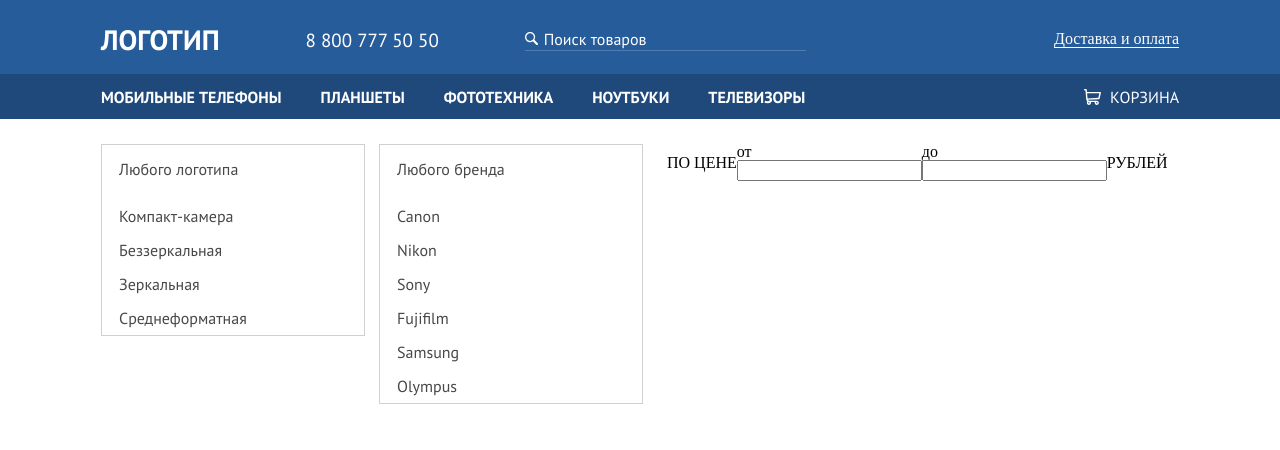
Repository: sem1103/WEBCompany
Page: index.html
An editor plug-in stored every save of this project. The page is shown before and after the next save, followed by the edit.
The browser window is 1280 px wide. The pictures show the whole page.

Above is the page before, as saved 2024-01-11 20:43:47.

After the next save:
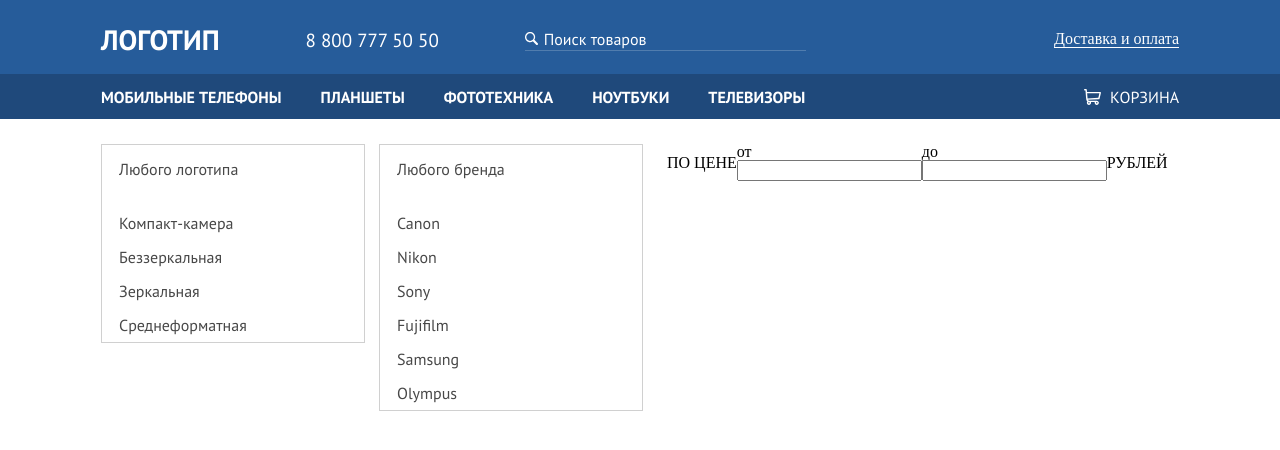
Saved 16 s later.
--- a/styles/main.css
+++ b/styles/main.css
@@ -124,5 +124,5 @@ nav li{
     background: #E8EEFF;
 }
 .list p:first-child{
-    padding-top: 14px;
+    margin-top: 14px;
 }
